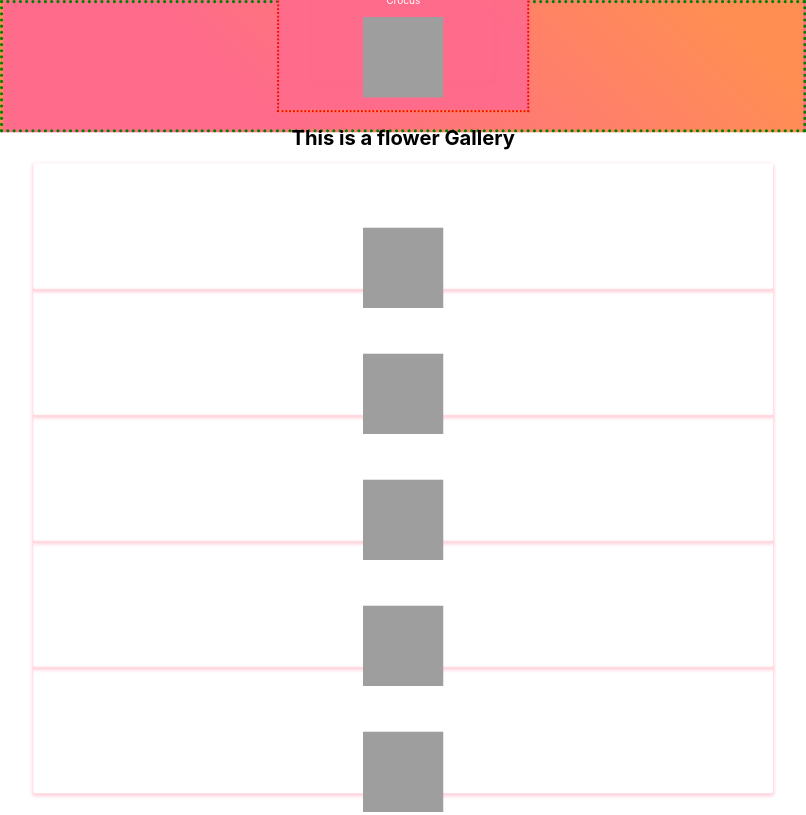
Repository: DevLuDaley/react-flower-shop
Page: /
The author's editor kept a copy of each file at every save. The page is drawn from the files as they stood at one save, then again after the next save.
The browser window is 1280 px wide. The pictures show the whole page, at 63% of full size.
Pictures or frames that could not be fetched are drawn as grey boxes. The project was rebuilt for these pictures with package versions that can differ from the ones it lists, and the page was loaded fresh each time.

Above is the page before, as saved 2021-02-19 22:14:45.

### src/App.js
// import './App.css';
import Grid from '@material-ui/core/Grid';
import Container from '@material-ui/core/Container';
import { makeStyles } from '@material-ui/core/styles';

// // or
// import { Grid } from '@material-ui/core';
 import FlowerGallery from './components/FlowerGallery'
 import FlowersContainer from './Containers/FlowersContainer'


const useStyles = makeStyles({
  root: {
    background: 'linear-gradient(45deg, #FE6B8B 30%, #FF8E53 90%)',
    display: 'flex',
    justifyContent: 'center',
    alignItems: 'center',
    textAlign: 'center',
    height: '200px',
    border: '5px dotted green',
    // padding: '50px'
  },
});

function App() {
  const classes = useStyles();
  return (
    <Grid className={classes.root}>
      <Container>
      <FlowersContainer/>
        <FlowerGallery/>
      </Container>
    </Grid>
  );
}

export default App;

### src/components/FlowerGallery.js
import React from 'react';
import { makeStyles } from '@material-ui/core/styles';

// import FlowerGalleryStyles from './FlowerGalleryStyles'
// import Button from materialmaterial
import Button from '@material-ui/core/Button';
import Container from '@material-ui/core/Container';

// const useStyles = makeStyles({
//   root: {
//     background: 'linear-gradient(45deg, #FE6B8B 30%, #FF8E53 90%)',
//     border: 0,
//     borderRadius: 3,
//     boxShadow: '0 3px 5px 2px rgba(255, 105, 135, .3)',
//     color: 'white',
//     // height: 48,
//     padding: '0 30px',
//     margin: '15 0'
//   },
// });

const useStyles = makeStyles({
  root: {
    // background: 'linear-gradient(45deg, #FE6B8B 30%, #FF8E53 90%)',
    // border: 0,
    borderRadius: 3,
    boxShadow: '0 3px 5px 2px rgba(255, 105, 135, .3)',
    color: 'white',
    height: 100,
    padding: '50px 30px',
    margin: '50',
    display: 'block'
  },
});

const FlowerGallery = () => {
      const classes = useStyles();
    // const classes = FlowerGalleryStyles()

const flowerList = [
  {
    id: 1,
    name: 'Red Roses',
    imageUrl: 'https://images.unsplash.com/photo-1548094967-e25a127d1f6d?ixid=MXwxMjA3fDB8MHxwaG90by1wYWdlfHx8fGVufDB8fHw%3D&ixlib=rb-1.2.1&auto=format&fit=crop&w=1137&q=80',
    rating: 5,
    alt: 'red-roses'},
  {
    id: 2,
    name: 'Tulips',
    imageUrl: 'https://images.unsplash.com/photo-1610444028097-40d9858bb44f?ixid=MXwxMjA3fDB8MHxwaG90by1wYWdlfHx8fGVufDB8fHw%3D&ixlib=rb-1.2.1&auto=format&fit=crop&w=1234&q=80',
    rating: 4,
    alt: 'tulips'},
  {
    id: 3,
    name: 'Daisies',
    imageUrl: 'https://images.unsplash.com/photo-1607061868914-e38515be98cb?ixid=MXwxMjA3fDB8MHxwaG90by1wYWdlfHx8fGVufDB8fHw%3D&ixlib=rb-1.2.1&auto=format&fit=crop&w=1091&q=80',
    rating: 4,
    alt: ''},

  {
    id: 4,
    name: 'Sunflowers',
    imageUrl: 'https://images.unsplash.com/photo-1598459832065-1e43b2283799?ixid=MXwxMjA3fDB8MHxzZWFyY2h8Nnx8c3VuZmxvd2VyJTIwYm9xdWV0fGVufDB8fDB8&ixlib=rb-1.2.1&auto=format&fit=crop&w=1200&q=60',
    rating: 5,
    alt: ''},
  {
    id: 5,
    name: 'Crocus',
    imageUrl: 'https://images.unsplash.com/photo-1488979246948-f4b573b1fae8?ixid=MXwxMjA3fDB8MHxwaG90by1wYWdlfHx8fGVufDB8fHw%3D&ixlib=rb-1.2.1&auto=format&fit=crop&w=1350&q=80',
    rating: 5,
    alt: ''}

]

    return (
        <Container>
        <h1>This is a flower Gallery</h1>
        <section>
        {flowerList ? flowerList.map(flower =>
          <div className={classes.root}>
              <p>{flower.name}</p>
              <img src={flower.imageUrl} alt={flower.alt} style={{width:"128px", height: "128px"}}></img>
          </div>
        )
        : <p className="no-data-message"> No Flowers Yet</p>
        }


        </section>
        {/* <Button className={classes.root}>Hook</Button>
        <Button variant="contained" color="primary">Hook</Button> */}
      </Container>
      );
}

export default FlowerGallery;
// FlowerGalleryStyles

### src/Containers/FlowersContainer.js
import React from 'react';
import Grid from '@material-ui/core/Grid';
import Container from '@material-ui/core/Container';
import { makeStyles } from '@material-ui/core/styles';


import FlowerGallery from '../components/FlowerGallery'


const useStyles = makeStyles({
  root: {
    background: 'linear-gradient(45deg, #FE6B8B 30%, #FF8E53 90%)',
    // border: 0,
    // borderRadius: 3,
    // boxShadow: '0 3px 5px 2px rgba(255, 105, 135, .3)',
    // color: 'white',
    // height: "auto",
    width: '400px',
    padding: '50px 30px',
    // margin: '20px auto',
    // display: 'flex',
    justifyContent: 'center',
    alignItems: 'center',
    textAlign: 'center',
    // height: '200px',
    border: '3px dotted red'
  },
});


const FlowersContainer = () => {
    const classes = useStyles();
    return (

        <Grid>
            <Container className={classes.root}>
                <FlowerGallery/>
            </Container>
        </Grid>


     );
}

export default FlowersContainer;

Loaded but not shown: public/index.html (common file); src/index.js (common file); src/index.css (common file); src/reportWebVitals.js (common file)

After the next save:
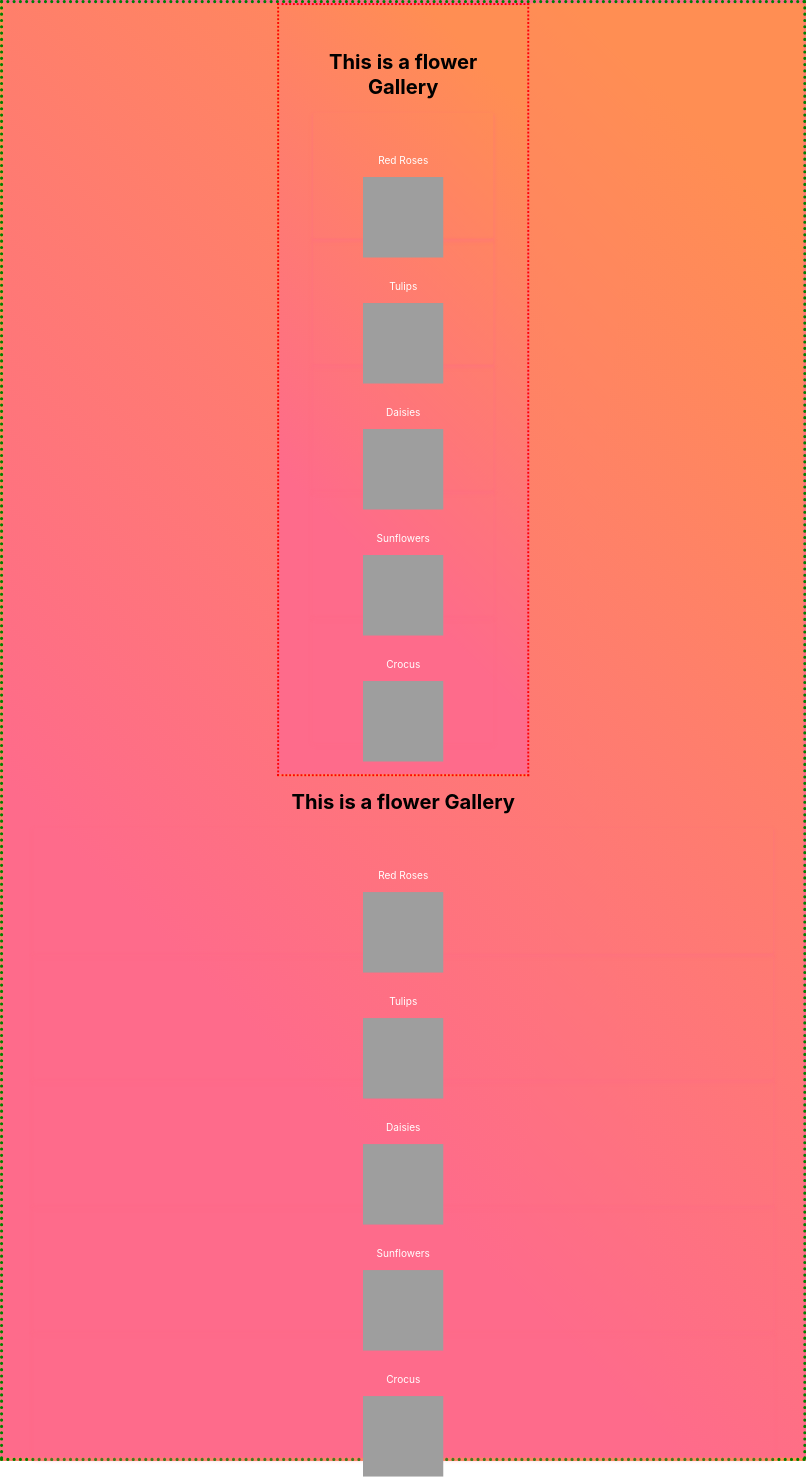
Saved 5 s later.
--- a/src/App.js
+++ b/src/App.js
@@ -16,7 +16,7 @@ const useStyles = makeStyles({
     justifyContent: 'center',
     alignItems: 'center',
     textAlign: 'center',
-    height: '200px',
+    // height: '200px',
     border: '5px dotted green',
     // padding: '50px'
   },
